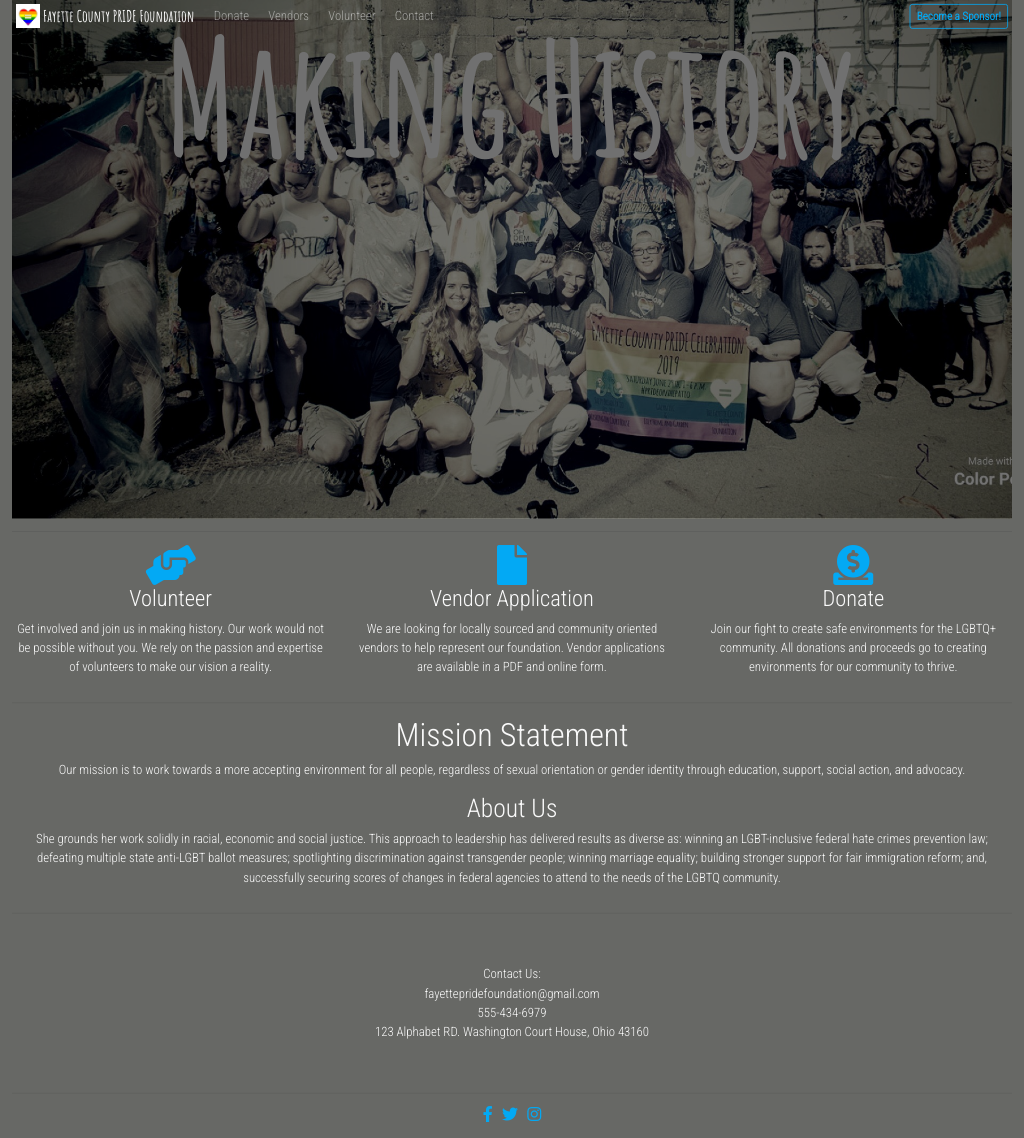
Repository: Code-Institute-Submissions/https-github.com-callendera-Milestone-Project-2
Page: index.html
The author's editor kept a record of every edit. The page is drawn from the files as they stood at one moment, then again after the next edit.
The browser window is 1280 px wide. The pictures show the whole page, at 80% of full size.
Backgrounds fixed to the window are drawn as part of the page. Some web libraries are served in a nearby version.

Above is the page before.

After the next edit:
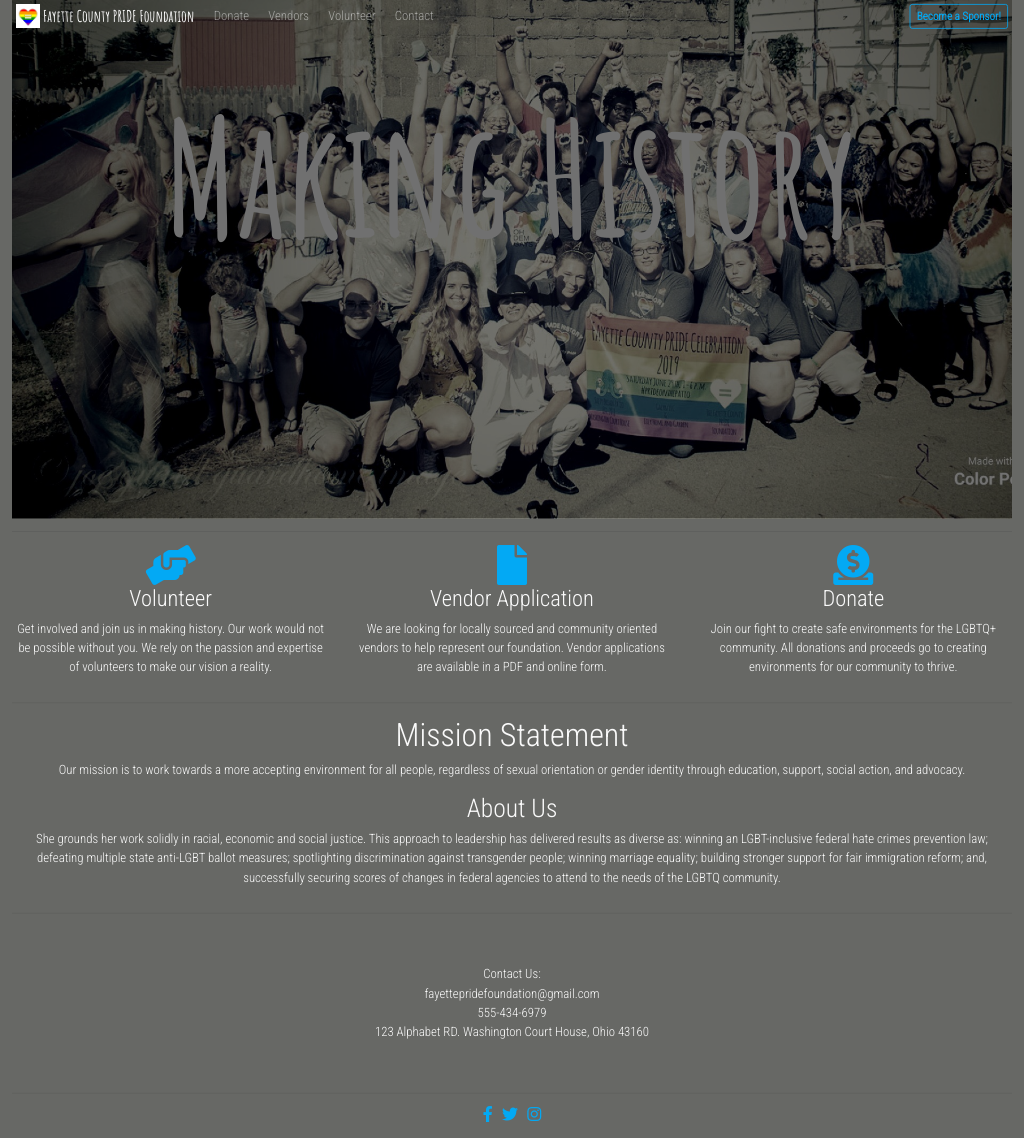
The edit:
--- a/assets/css/style.css
+++ b/assets/css/style.css
@@ -180,7 +180,8 @@
 
 .cover-heading {
     font-family: 'Amatic SC', cursive;
-    font-size: 200px;
+    font-size: 100px;
+    padding-top: 100px;
 
 }
 
